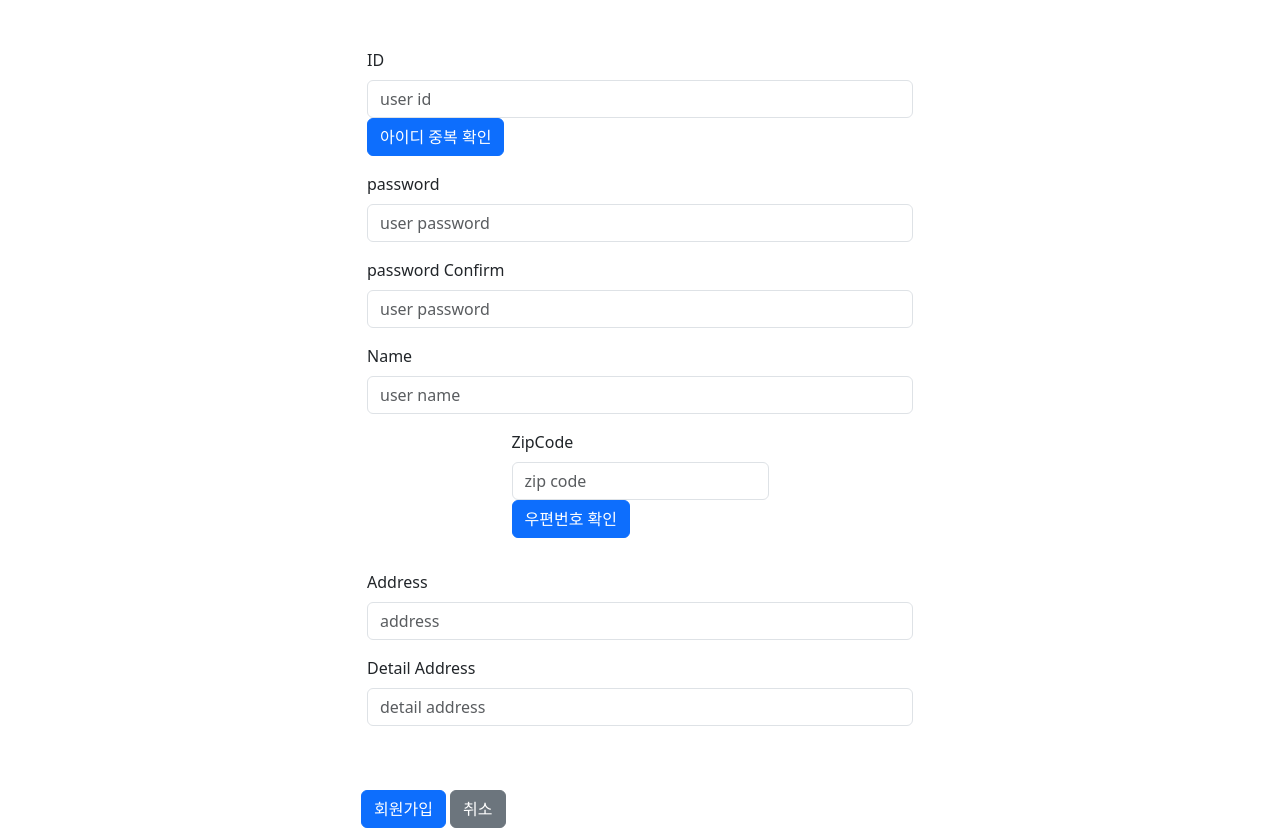
Repository: 2JISUN/hta-lecture-basic
Page: http://localhost/jsp04/member/insert.jsp
The author's editor kept a copy of each file at every save. The page is drawn from the files as they stood at one save, then again after the next save.
The browser window is 1280 px wide. The pictures show the whole page.
The page is served by Tomcat 10.

Above is the page before, as saved 2023-09-18 07:16:39.

After the next save:
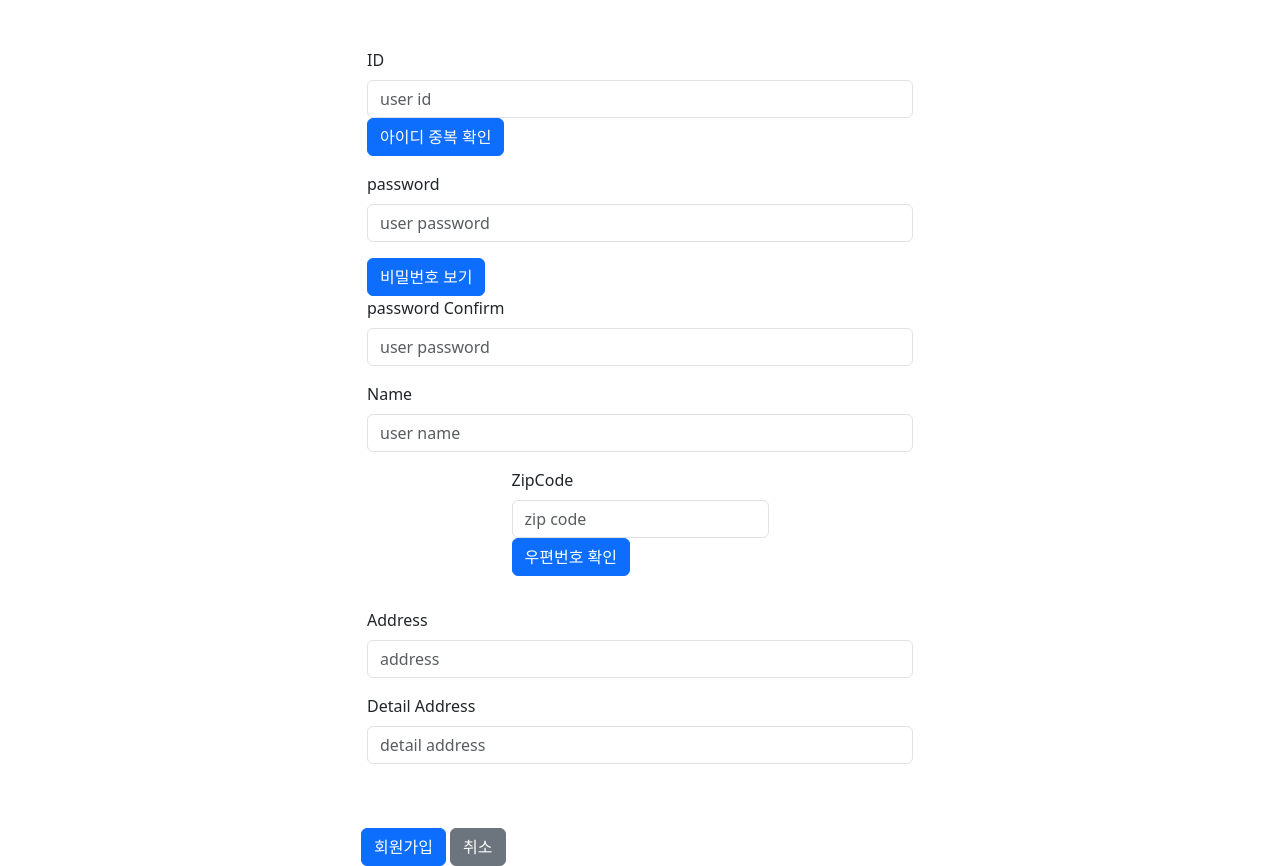
Saved 35 s later.
--- a/jsp-lecture/jsp04/src/main/webapp/member/insert.jsp
+++ b/jsp-lecture/jsp04/src/main/webapp/member/insert.jsp
@@ -39,6 +39,7 @@
 							type="password" class="form-control" id="userPW" name="userPW"
 							placeholder="user password" />
 					</div>
+					<button class="btn btn-primary" id="btnShowPassword">비밀번호 보기</button>
 				</div>
 			</div>
 
